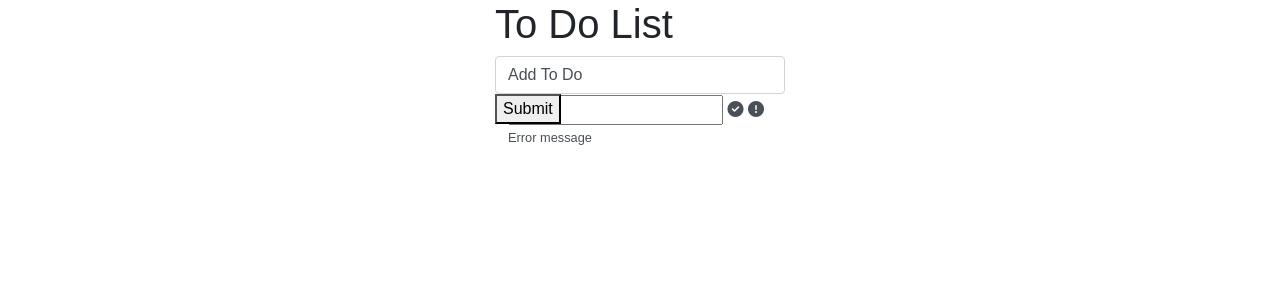
Repository: skepp4rn/todolist
Page: index.html
The author's editor kept a copy of each file at every save. The page is drawn from the files as they stood at one save, then again after a run of saves.
The browser window is 1280 px wide. The pictures show the whole page.
The page's requests for data from a server got no answer. Some web libraries are served in a nearby version.

Above is the page before, as saved 2021-01-28 11:30:21.

### index.html
<!DOCTYPE html>
<html lang="sv">
<head>
    <meta charset="UTF-8">
    <meta name="viewport" content="width=device-width, initial-scale=1.0">

    <script src="https://kit.fontawesome.com/ef4c0722a8.js" crossorigin="anonymous"></script>
    <link rel="stylesheet" href="https://cdn.jsdelivr.net/npm/bootstrap@4.5.3/dist/css/bootstrap.min.css" integrity="sha384-TX8t27EcRE3e/ihU7zmQxVncDAy5uIKz4rEkgIXeMed4M0jlfIDPvg6uqKI2xXr2" crossorigin="anonymous">
    <link rel="stylesheet" href="css/style.css">

    <title>Todo</title>
</head>
<body>
    <div class="container">
        <div id="header">
            <h1>To Do List</h1>
        </div>

        <form class="form" id="form">
            <div class="form-control">
                <label>Add To Do</label>
                <input type="text" id="addToDo">
                <i class="fas fa-check-circle"></i>
                <i class="fas fa-exclamation-circle"></i>
                <small>Error message</small>
            </div>

            <button id="subbtn">Submit</button>
        </form>
    </div>

    <div class="container2">
        <div id="list"></div>
    </div>

    <script src="https://code.jquery.com/jquery-3.5.1.slim.min.js" integrity="sha384-DfXdz2htPH0lsSSs5nCTpuj/zy4C+OGpamoFVy38MVBnE+IbbVYUew+OrCXaRkfj" crossorigin="anonymous"></script>
    <script src="https://cdn.jsdelivr.net/npm/bootstrap@4.5.3/dist/js/bootstrap.bundle.min.js" integrity="sha384-ho+j7jyWK8fNQe+A12Hb8AhRq26LrZ/JpcUGGOn+Y7RsweNrtN/tE3MoK7ZeZDyx" crossorigin="anonymous"></script>
    <script src="https://cdnjs.cloudflare.com/ajax/libs/uuid/8.1.0/uuidv4.min.js"></script>
    <script src="script.js"></script>
</body>

### css/style.css
html, body {
    width: 50%;
    margin: auto;
    font-family: Arial, Helvetica, sans-serif;
}

### script.js
let ToDo = [];
let addToDos = document.getElementById('addToDo');
let form = document.getElementById('form');
let check = false;
let subbtn = document.getElementById('subbtn');
let list = document.querySelector('#list');
const fetchTodos = () => {
    fetch('https://jsonplaceholder.typicode.com/todos?_start20=&_limit=10')
    .then(res => res.json())
    .then(data => {
      ToDo = data;
      listelement(ToDo);
    })
}
fetchTodos();

const listelement = (ToDo) => {
    list.innerHTML = '';
    ToDo.forEach(todo => {
        list.innerHTML += newTodo(todo);
    })
    console.log(ToDo);
}

const newTodo = todo => {

    let template = todo.completed ? `
    <div id="${todo.id}" class="todoinput completed">
        <div class="todobox">
          <h3 class="title">${todo.title}</h3>
            <div class="knappar">
                <button class="fas fa-undo"></button>
                <button class="fas fa-trash"></button>
            </div>
        </div>
    </div>
    `
    : `
    <div id="${todo.id}" class="todoinput">
        <div class="todobox">
            <h3 class="title">${todo.title}</h3>
            <button class="done">Done</button>
        </div>
    </div>
    `
    return template
  }


  const createTodo = (title) => {

    fetch('https://jsonplaceholder.typicode.com/todos',{
      method: 'POST',
      headers: {
        'Content-type': 'application/json; charset=UTF-8'
      },
      body: JSON.stringify({
        title,
        completed: false
      })
    })
    .then(res => res.json())
    .then(data => {
        let _todo = {
            title: data.title,
            completed: data.completed,
            id: uuidv4()
        }
      console.log(data)
      ToDo.unshift(_todo);
      listelement(ToDo);
    })
}

form.addEventListener('submit', (e) => {
    e.preventDefault();

    checkInputs();

    if(check == true) {
        removeinput(addToDos);

        createTodo(addToDos.value)
        listelement(ToDo);

        addToDos.value = '';
    }
});

function checkInputs() {
    let addToDosValue = addToDos.value.trim();

    if(addToDosValue === ``) {
    setErrorFor(addToDos, `To Do cannot be blank`);

    } else {
        setSuccessFor(addToDos);
    }
}

function setErrorFor(input, message) {
    let formControl = input.parentElement;
    let small = formControl.querySelector('small');
    small.innerText = message;
    formControl.className = 'form-control error';
    check = false;
}

function setSuccessFor(input) {
    let formControl = input.parentElement;
    formControl.className = 'form-control success';
    check = true;
}

function removeinput(input) {
    let formControl = input.parentElement;
    formControl.className = 'form-control';
}

list.addEventListener('click', (e) => {
    if(e.target.classList.contains('done')) {
        complete(e.target.parentNode.parentNode.id)
    }
    else if(e.target.classList.contains('fa-undo')) {
        complete(e.target.parentNode.parentNode.parentNode.id)
    }
})

function complete(id) {
    ToDo.map(todo => {
        if(todo.id == id){
            todo.completed = !todo.completed
        }
        return todo
    })
    listelement(ToDo)
}

list.addEventListener('click', (e) => {

    if(e.target.classList.contains('fa-trash')) {
        ToDo = ToDo.filter(removetodo => removetodo.id != e.target.parentNode.parentNode.parentNode.id)
        listelement(ToDo)
    }
});

After the next 2 saves:
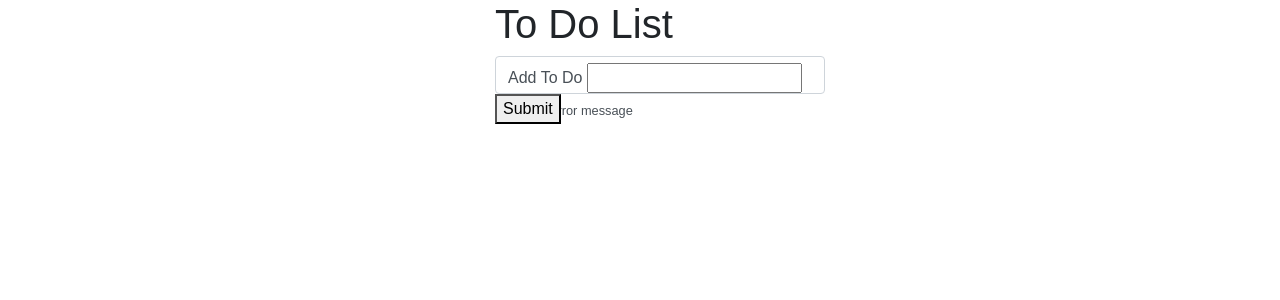
The 2 saves are shown as one change because they came seconds apart.
The last was saved 18 s later.
--- a/css/style.css
+++ b/css/style.css
@@ -3,3 +3,7 @@ html, body {
     margin: auto;
     font-family: Arial, Helvetica, sans-serif;
 }
+
+.container {
+    width: 360px;
+}
